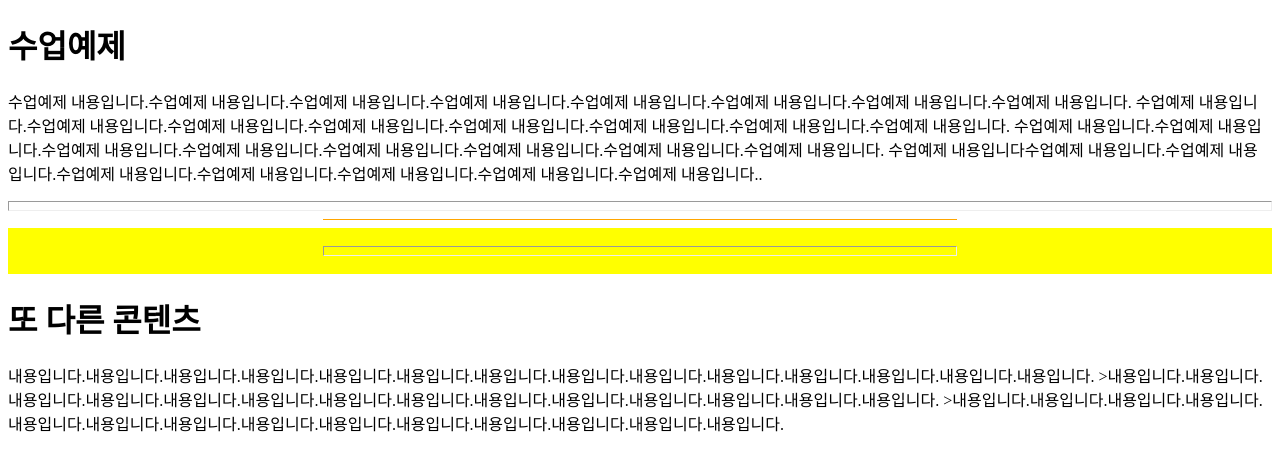
Repository: Chun0903/classStudy_github.io
Page: client/ClientTest/WebContent/ex08_hr.html
These files come from the project's save history. The page is drawn as it stood at one moment and after the next save; the edit follows.
The browser window is 1280 px wide. The pictures show the whole page.

Above is the page before, as saved 2020-06-19 00:33:56.

After the next save:
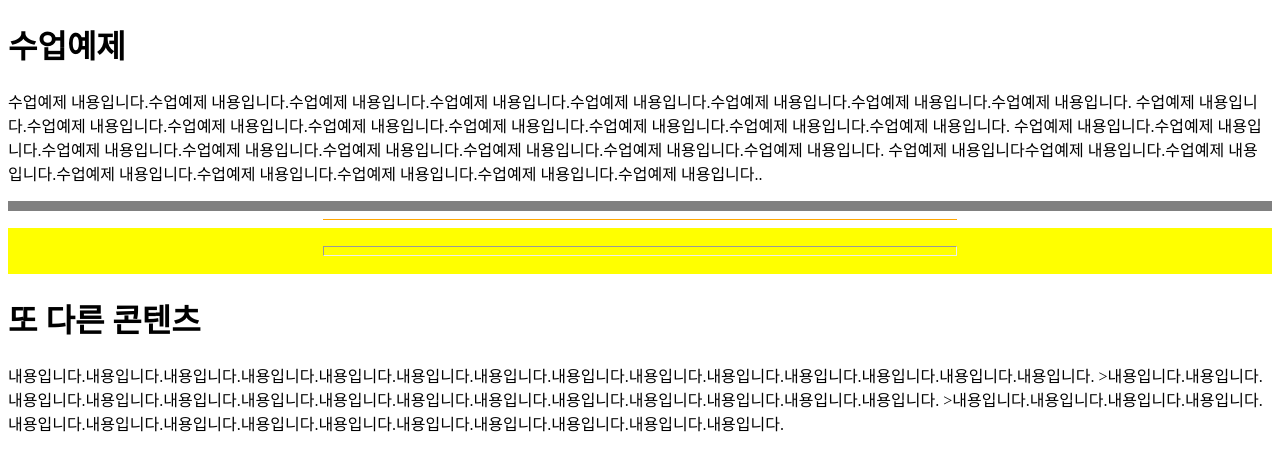
Saved 52 s later.
--- a/client/ClientTest/WebContent/ex08_hr.html
+++ b/client/ClientTest/WebContent/ex08_hr.html
@@ -33,6 +33,8 @@
 		2. 열거형
 			-정해진 속성값을 선택 사용
 		3. 색상명 or RGB
+		4. 플래그
+			- boolean
 
 		<hr> 속성
 		1. size: 두께
@@ -43,7 +45,7 @@
 
 	-->
 
-	<hr size="10">
+	<hr size="10" noshade>
 
 	<hr align="center" width="50%" color="orange" size="1">
 
